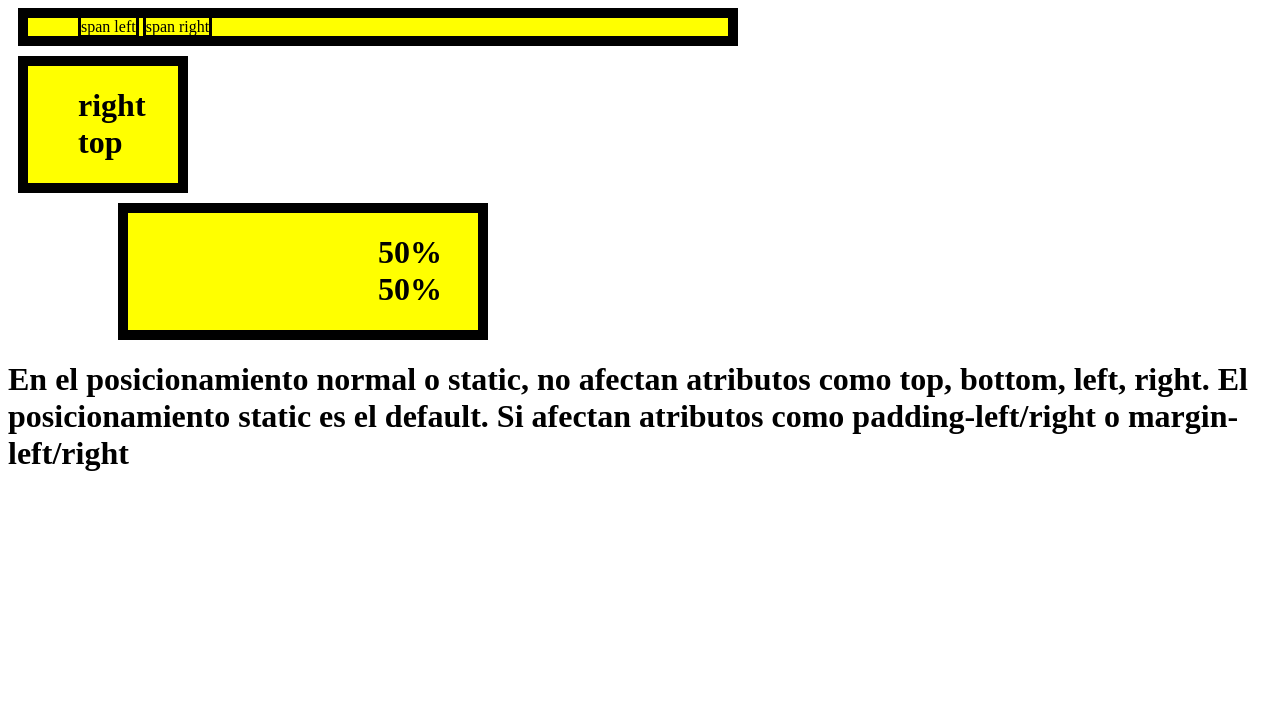
Repository: antonio63j/misNotas
Page: software/CSS/Demos/aptana_proyect/src/static-normal.html
These files come from the project's save history. The page is drawn as it stood at one moment and after the next save; the edit follows.
The browser window is 1280 px wide. The pictures show the whole page.

Above is the page before, as saved 2017-04-23 16:11:20.

After the next save:
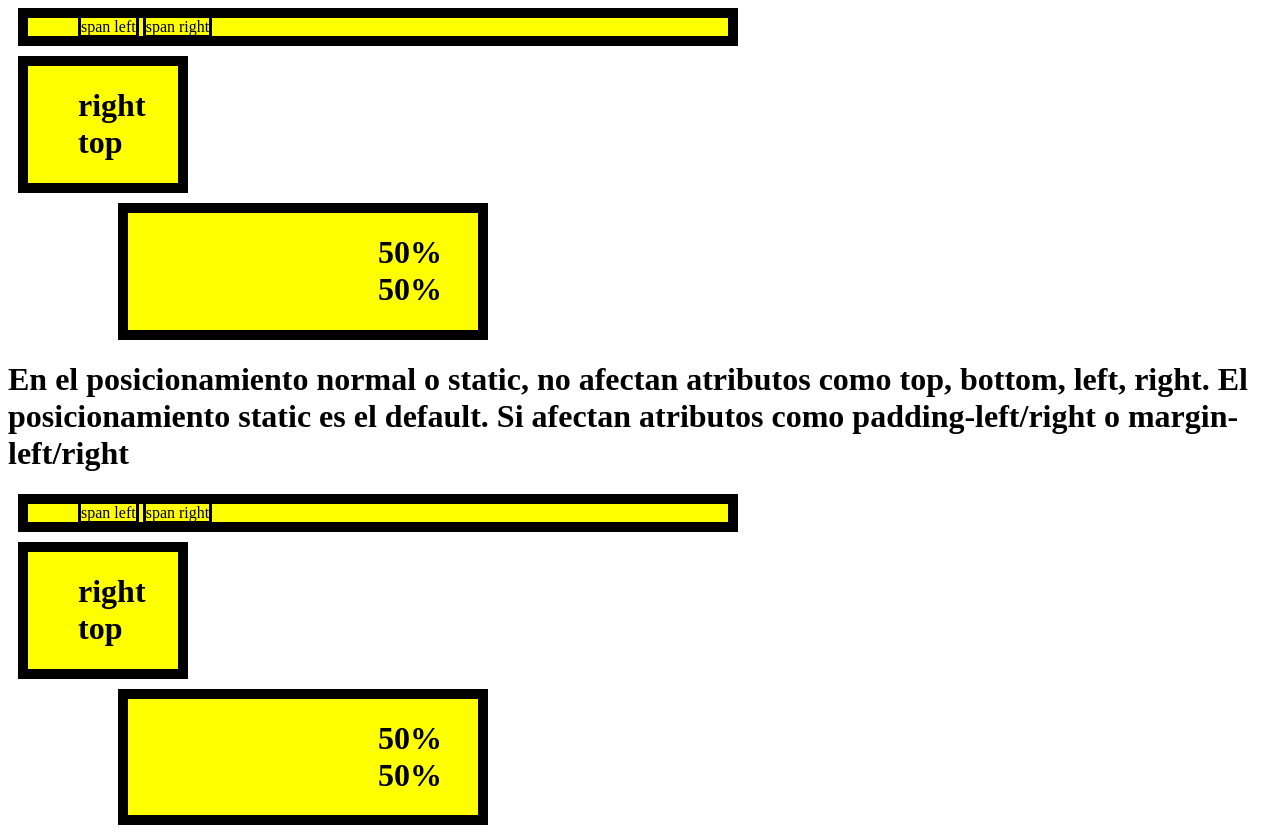
Saved 102 s later.
--- a/software/CSS/Demos/aptana_proyect/src/static-normal.html
+++ b/software/CSS/Demos/aptana_proyect/src/static-normal.html
@@ -78,5 +78,11 @@
 
 <h1> En el posicionamiento normal o static, no afectan atributos como top, bottom, left, right. El posicionamiento static es el default.
 	Si afectan atributos como padding-left/right o margin-left/right</h1>
+
+<div id="caja1"><span>span left</span> <span>span right</span></div>
+<div id="caja2"><h1>right top</h1></div>
+<div id="caja3"><h1>50% 50%</h1></div>
+
+
 </body>
 </html>
